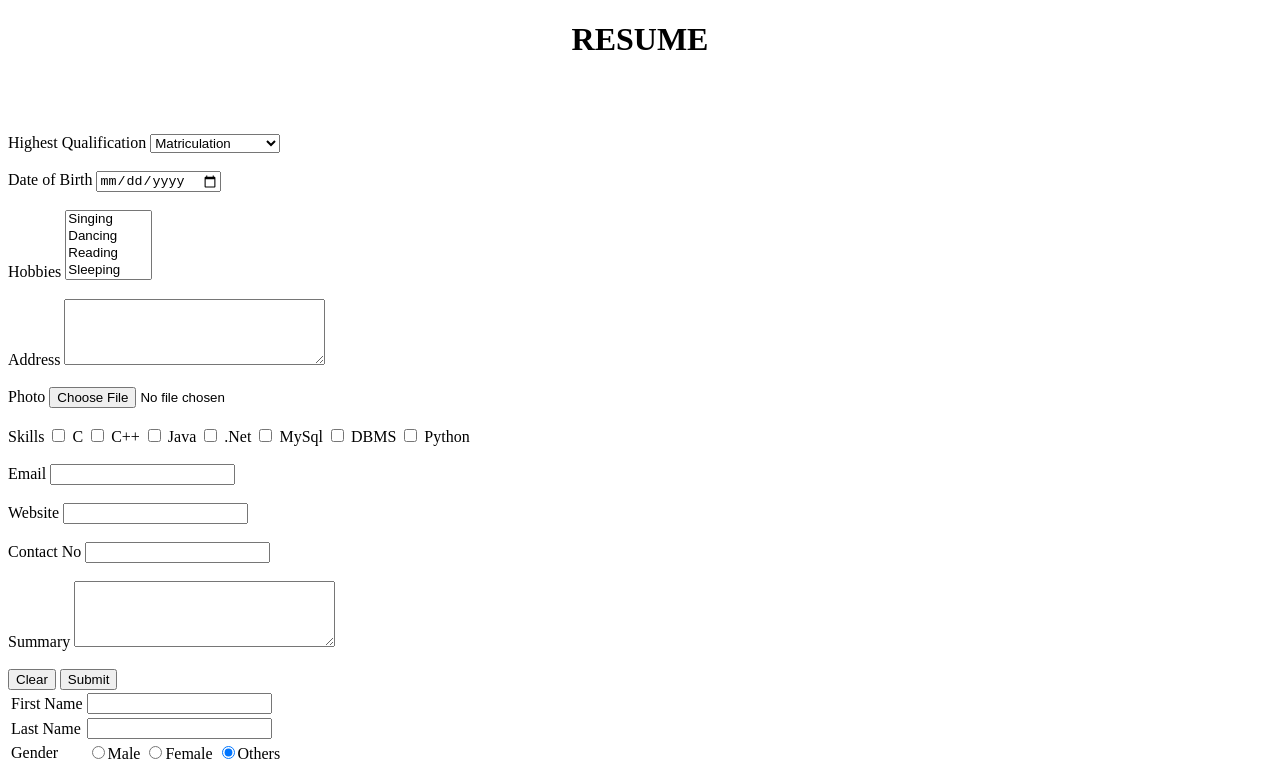
Repository: Rccalfa123/JEE
Page: MyFirstServlet/WebContent/Resume.html
An editor plug-in stored every save of this project. The page is shown before and after the next save, followed by the edit.
The browser window is 1280 px wide. The pictures show the whole page.

Above is the page before, as saved 2018-08-07 08:47:14.

After the next save:
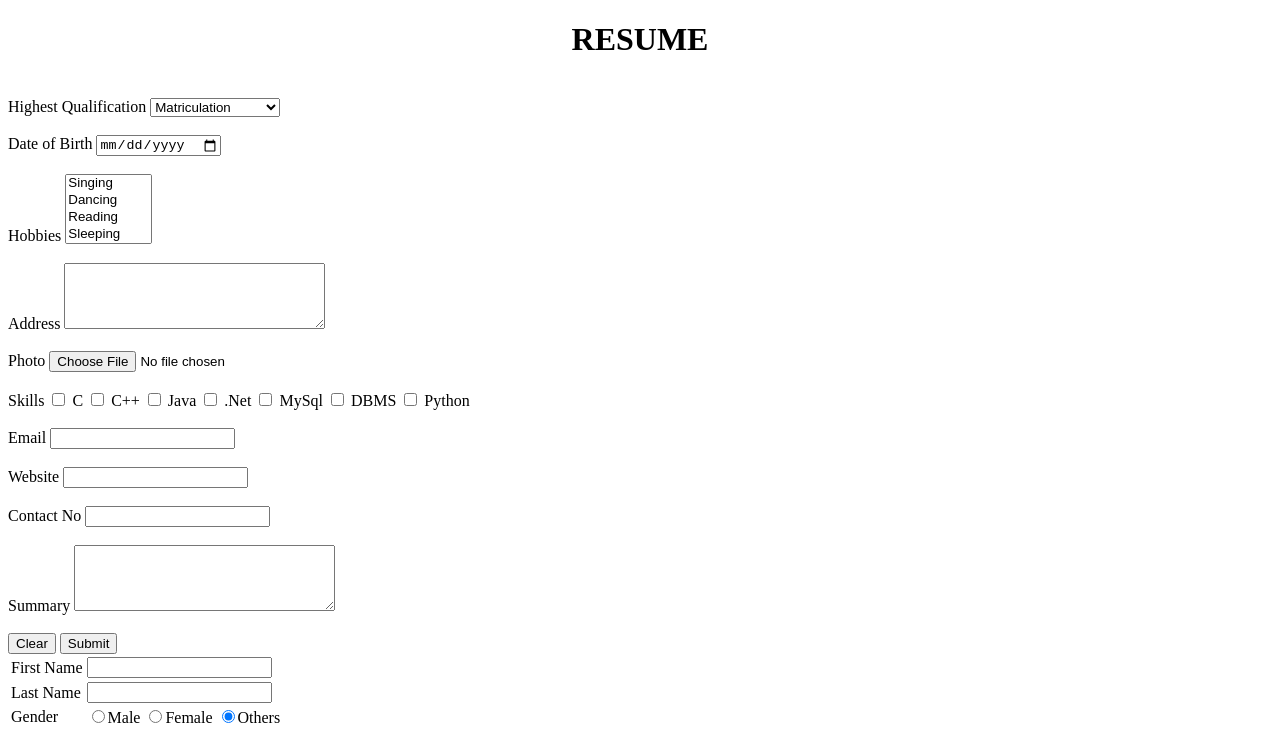
Saved 15 s later.
--- a/MyFirstServlet/WebContent/Resume.html
+++ b/MyFirstServlet/WebContent/Resume.html
@@ -14,7 +14,7 @@
 
    <tr><td>Gender</td> <td><input type="radio" name = "gender" value="male" checked="checked">Male
    		  <input type="radio" name = "gender" value="female" checked="checked">Female
-   		  <input type="radio" name = "gender" value="others" checked="checked">Others</td></tr><br><br>
+   		  <input type="radio" name = "gender" value="others" checked="checked">Others<br></td></tr>
 
    Highest Qualification <select name = "Qualification">
             <option value="matriculation">Matriculation</option>
